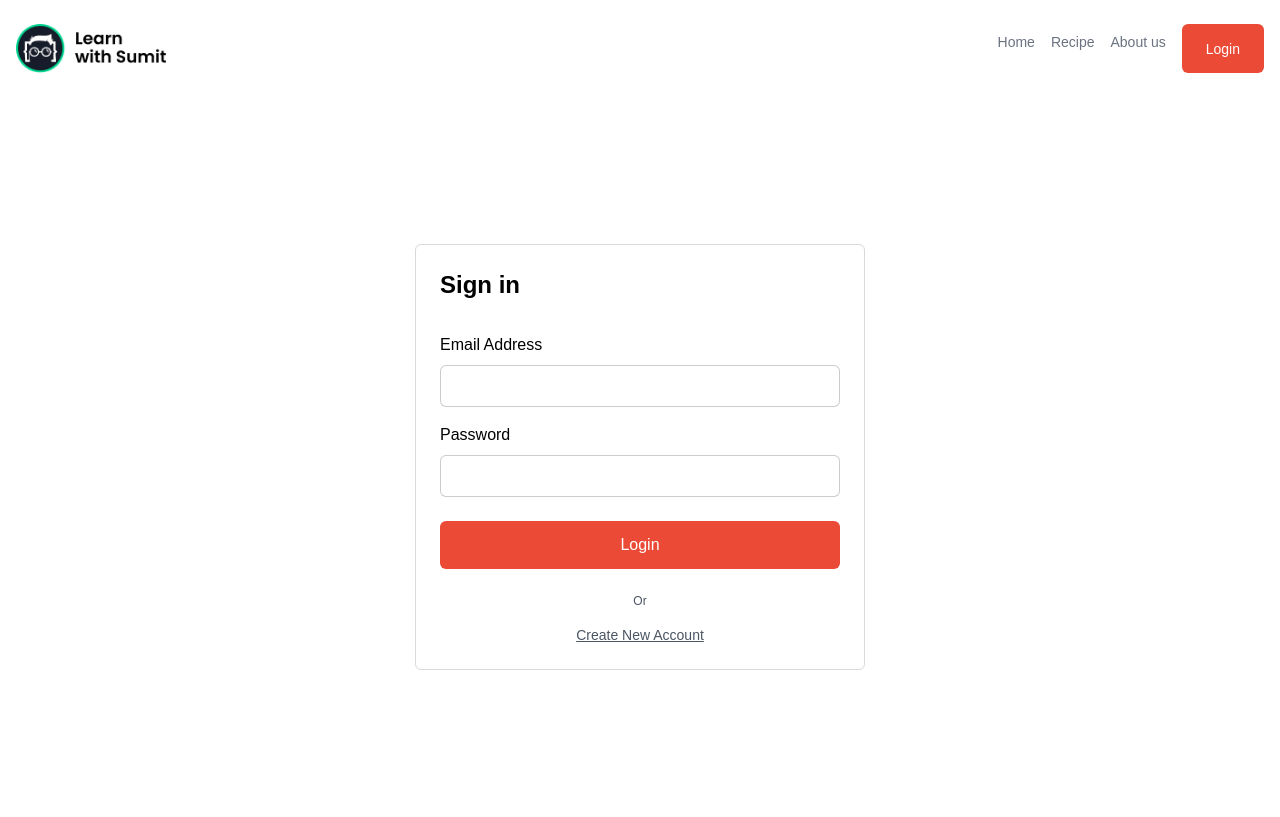
Repository: Wahid137/khana-khazana
Page: /login
The author's editor kept a copy of each file at every save. The page is drawn from the files as they stood at one save, then again after the next save.
The browser window is 1280 px wide. The pictures show the whole page.
The project was rebuilt for these pictures with package versions that can differ from the ones it lists, and the page was loaded fresh each time. The framework's server and built-in components were replaced by stand-ins that run in the browser. Also part of the build but not shown: next.config.mjs.

Above is the page before, as saved 2024-05-03 01:57:25.

### app/layout.js
import { Inter } from "next/font/google";
import Navbar from "./components/Navbar";
import "./globals.css";

const inter = Inter({ subsets: ["latin"] });

export const metadata = {
  title: "Khana Khazana",
  description: "Generated by create next app",
};

export default function RootLayout({ children }) {
  return (
    <html lang="en">
      <body className={inter.className}>
        <Navbar />
        {children}
      </body>
    </html>
  );
}

### app/login/page.js

const LoginPage = () => {
    return (
        <section class="h-screen grid place-items-center">
            <div class="max-w-[450px] w-full mx-auto p-6 border border-gray-700/20 rounded-md">
                <h4 class="font-bold text-2xl">Sign in</h4>
                <form class="login-form">
                    <div>
                        <label for="email">Email Address</label>
                        <input type="email" name="email" id="email" />
                    </div>

                    <div>
                        <label for="password">Password</label>
                        <input type="password" name="password" id="password" />
                    </div>

                    <button type="submit" class="bg-[#eb4a36] py-3 rounded-md text-white w-full mt-4">Login</button>
                </form>

                <p class="text-center text-xs text-gray-600">Or</p>

                <a href="./register.html" class="underline text-sm mx-auto block text-gray-600 mt-4 text-center">
                    Create New Account
                </a>
            </div>
        </section>
    );
};

export default LoginPage;

### app/components/Navbar.jsx
import Image from "next/image";
import Link from "next/link";
import logo from "../../public/assets/images/logo.png";
import CustomLink from "./CustomLink";
const Navbar = () => {
  return (
    <nav>
      <div className="container flex justify-between py-6">
        <Link href="/">
          <Image src={logo} alt="logo" width={150} height={10} />
        </Link>

        <ul className="flex gap-4 text-sm text-gray-500">
          <li className="py-2">
            <CustomLink path="/">Home</CustomLink>
          </li>

          <li className="py-2">
            <CustomLink path="/recipe">Recipe</CustomLink>
          </li>

          <li className="py-2">
            <CustomLink path="/about">About us</CustomLink>
          </li>

          <li className="py-2 bg-[#eb4a36] px-6 rounded-md text-white content-center">
            <Link href="/login">Login</Link>
          </li>
        </ul>
      </div>
    </nav>
  );
};

export default Navbar;

### app/globals.css
@tailwind base;
@tailwind components;
@tailwind utilities;

@layer utilities {
  * {
    font-family: "Poppins", sans-serif;
  }
  .container {
    @apply mx-auto px-4 max-w-7xl;
  }

  .active {
    @apply text-[#eb4a36] font-medium;
  }

  select {
    @apply accent-red-600;
  }

  .card {
    @apply max-w-[450px];
  }

  .card img {
    @apply w-full object-cover;
  }

  .step h3 {
    @apply text-[#eb4a36] uppercase font-light text-lg tracking-wider my-4;
  }

  .step p {
    @apply text-gray-500 leading-8 mb-6 ml-8;
  }

  .login-form {
    @apply flex flex-col my-6;
  }

  .login-form div {
    @apply flex flex-col gap-2 my-2;
  }

  .login-form input {
    @apply border border-black/20 rounded-md px-4 py-2;
  }
}

### app/components/CustomLink.jsx
"use client";

import Link from "next/link";
import { usePathname } from "next/navigation";

const CustomLink = ({ path, children }) => {
  const pathname = usePathname();
  const isActive = pathname === path;
  return (
    <Link className={isActive ? "active" : ""} href={path}>
      {children}
    </Link>
  );
};

export default CustomLink;

Loaded but not shown: tailwind.config.js (common file); app/components/auth/Login.jsx (common file)

After the next save:
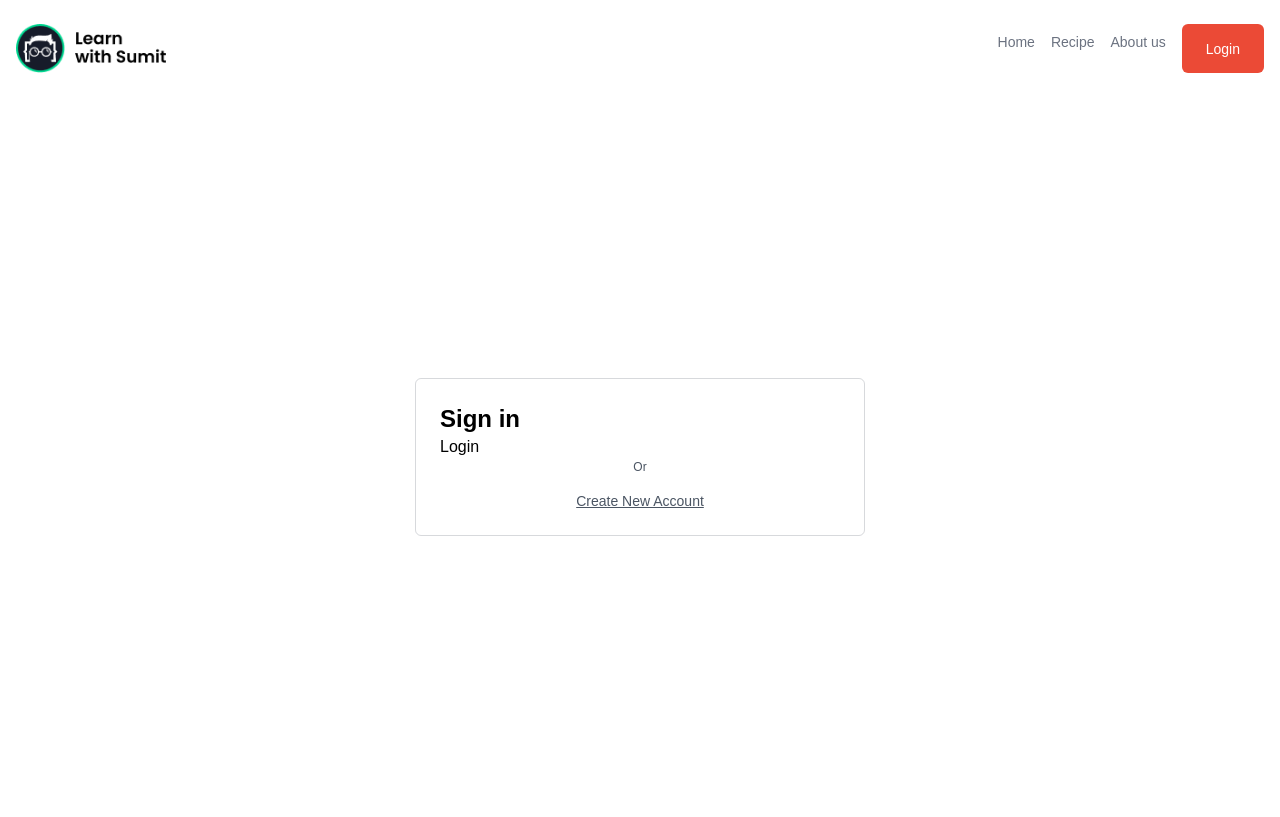
Saved 32 s later.
--- a/app/login/page.js
+++ b/app/login/page.js
@@ -1,22 +1,11 @@
+import Login from "../components/auth/Login";
 
 const LoginPage = () => {
     return (
         <section class="h-screen grid place-items-center">
             <div class="max-w-[450px] w-full mx-auto p-6 border border-gray-700/20 rounded-md">
                 <h4 class="font-bold text-2xl">Sign in</h4>
-                <form class="login-form">
-                    <div>
-                        <label for="email">Email Address</label>
-                        <input type="email" name="email" id="email" />
-                    </div>
-
-                    <div>
-                        <label for="password">Password</label>
-                        <input type="password" name="password" id="password" />
-                    </div>
-
-                    <button type="submit" class="bg-[#eb4a36] py-3 rounded-md text-white w-full mt-4">Login</button>
-                </form>
+                <Login />
 
                 <p class="text-center text-xs text-gray-600">Or</p>
 
